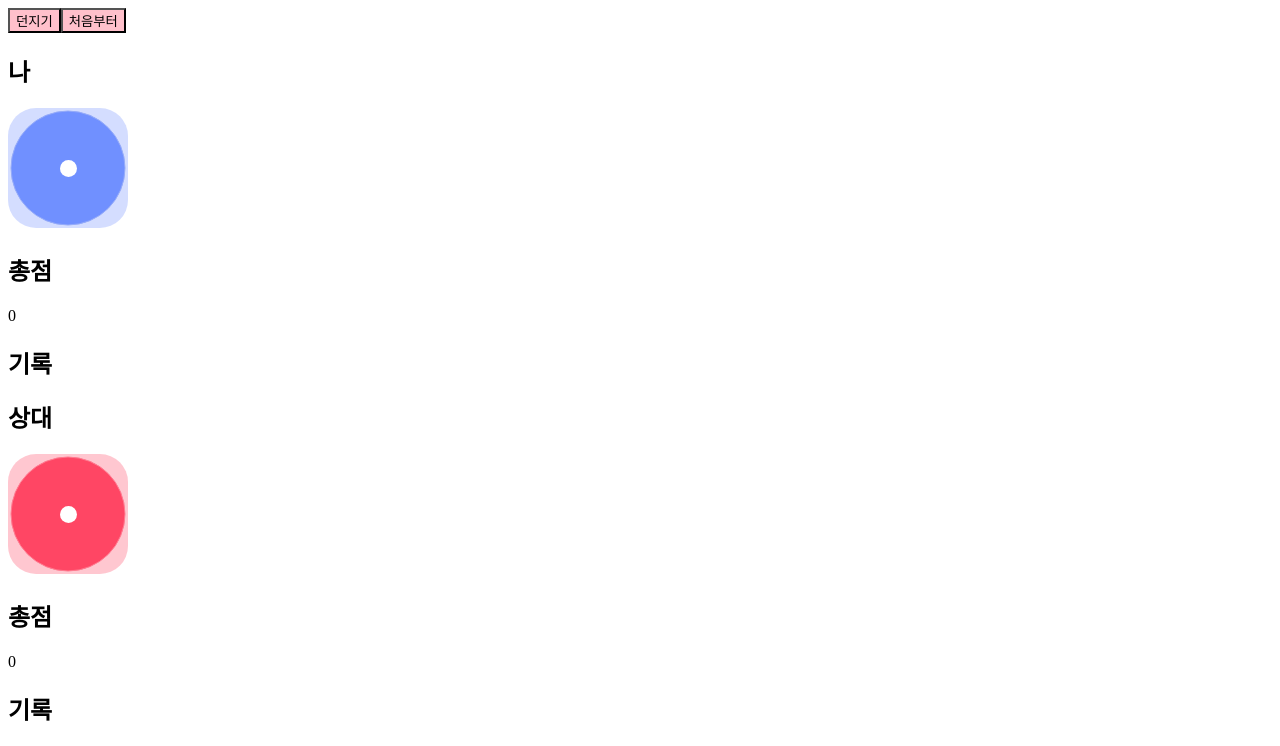
Repository: songjiwon17/React_study
Page: /
These files come from the project's save history. The page is drawn as it stood at one moment and after the next save; the edit follows.
The browser window is 1280 px wide. The pictures show the whole page.
The project was rebuilt for these pictures with package versions that can differ from the ones it lists, and the page was loaded fresh each time.

Above is the page before, as saved 2023-09-16 20:21:38.

After the next save:
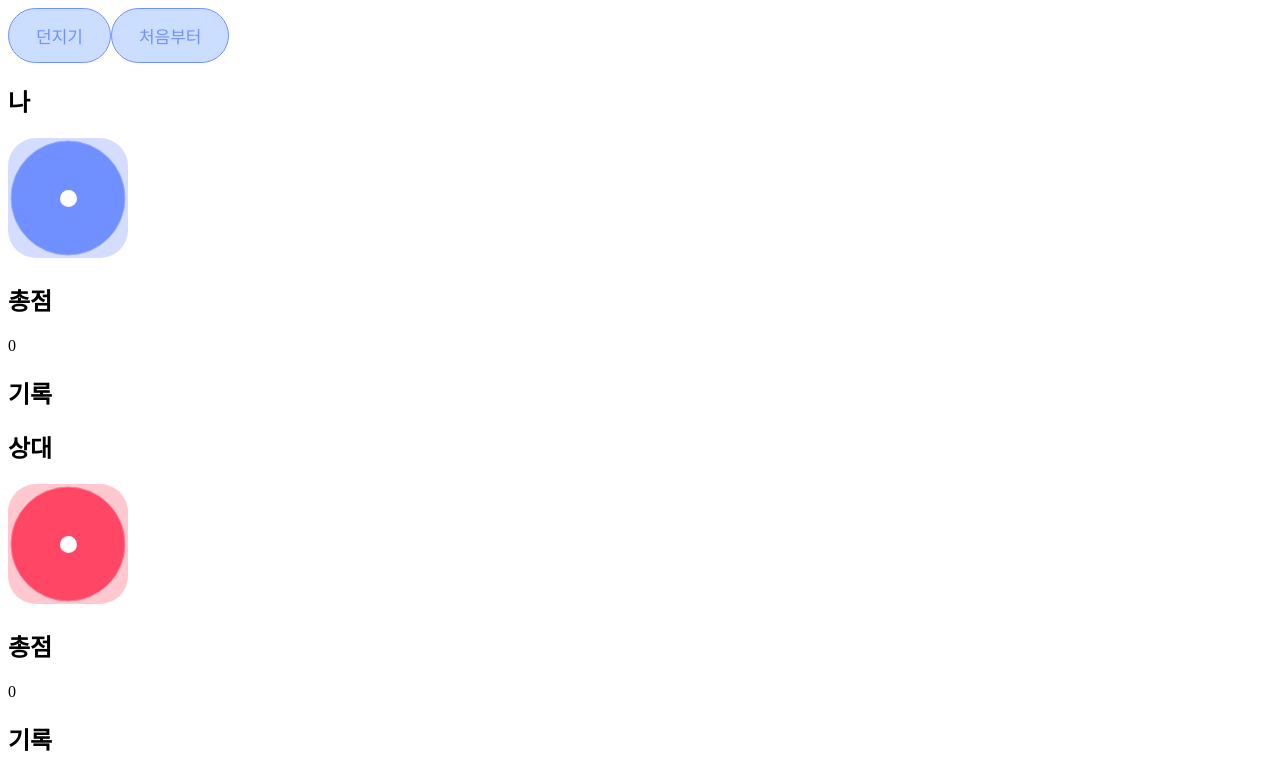
Saved 4 min 40 s later.
--- a/src/Button.js
+++ b/src/Button.js
@@ -1,5 +1,12 @@
 const style = {
-    backgroundColor: 'pink',
+    padding: '14px 27px',
+    border: 'solid 1px #7090ff',
+    outline: 'none',
+    color: '#7090ff',
+    cursor: 'pointer',
+    backgroundColor: 'rgba(0, 89, 255, 0.2)',
+    borderRadius: '30px',
+    fontSize: '17px'
 };
 function Button({children ,onClick}){
     return <button style={style} onClick={onClick}>{children}</button>
